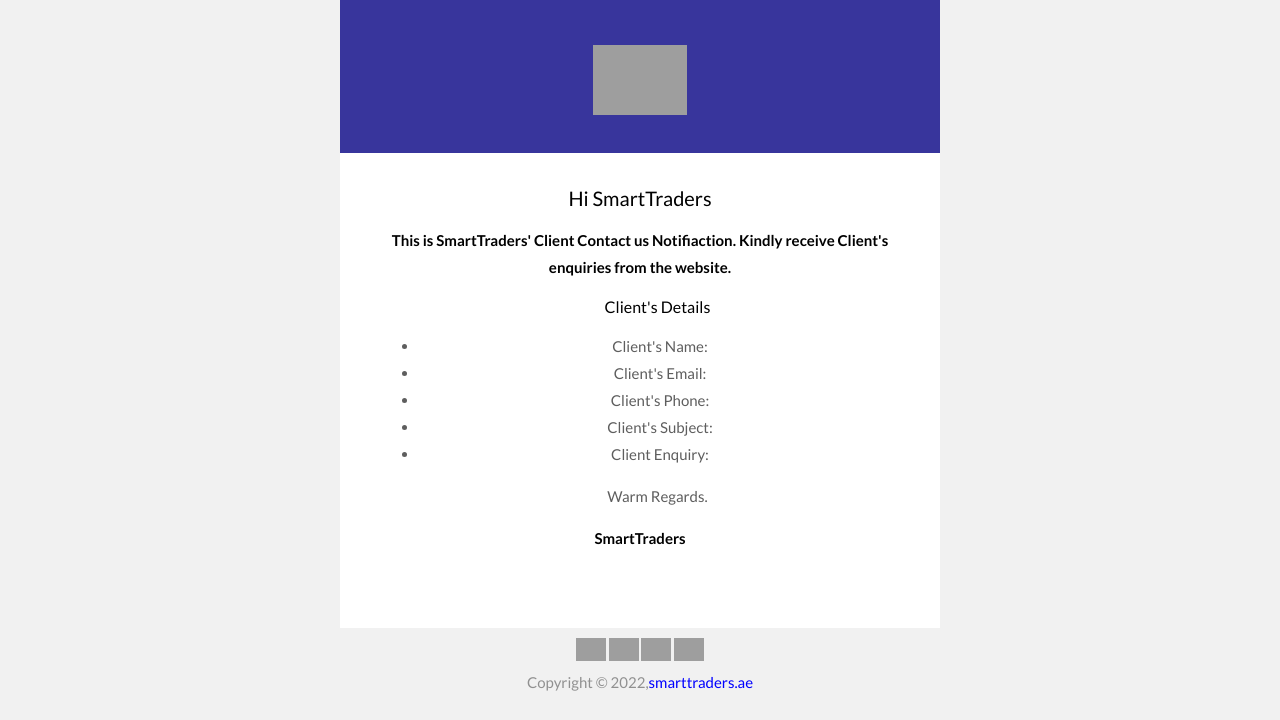
Repository: mussafiri/smarttraders
Page: resources/views/emails/ContactusEmails.blade.php
The author's editor kept a copy of each file at every save. The page is drawn from the files as they stood at one save, then again after the next save.
The browser window is 1280 px wide. The pictures show the whole page.
Pictures or frames that could not be fetched are drawn as grey boxes. The page is served by the project's Laravel application, run on PHP 8.4 with Laravel 9. The template is opened directly, without the code that normally fills it, so the values that code supplies are empty.

Above is the page before, as saved 2022-09-30 09:42:28.

After the next save:
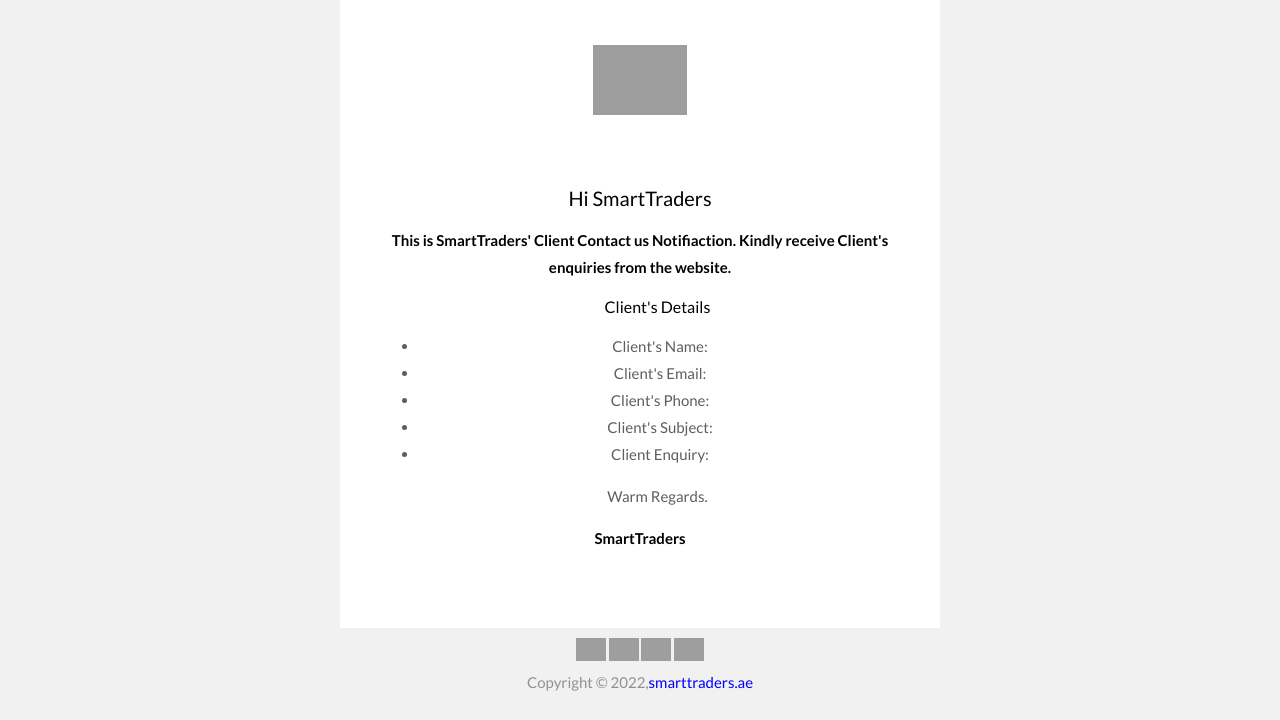
Saved 3 min 50 s later.
--- a/resources/views/emails/ContactusEmails.blade.php
+++ b/resources/views/emails/ContactusEmails.blade.php
@@ -316,7 +316,7 @@ ul.social li{
     	<!-- BEGIN BODY -->
         <table align="center" role="presentation" cellspacing="0" cellpadding="0" border="0" width="100%" style="margin: auto;">
             <tr>
-                <td valign="middle" class="hero bg_white" style="padding: 3em 0 2em 0; background-color: #38359c; text-align: center;">
+                <td valign="middle" class="hero bg_white" style="padding: 3em 0 2em 0; background-color: #ffffff; text-align: center;">
 				<img src="http://smarttraders.ae/images/logosmarttraders.png" style="width: auto; max-width: 800px; height: 70px; margin: auto;mx:auto;">
                 </td>
             </tr>
